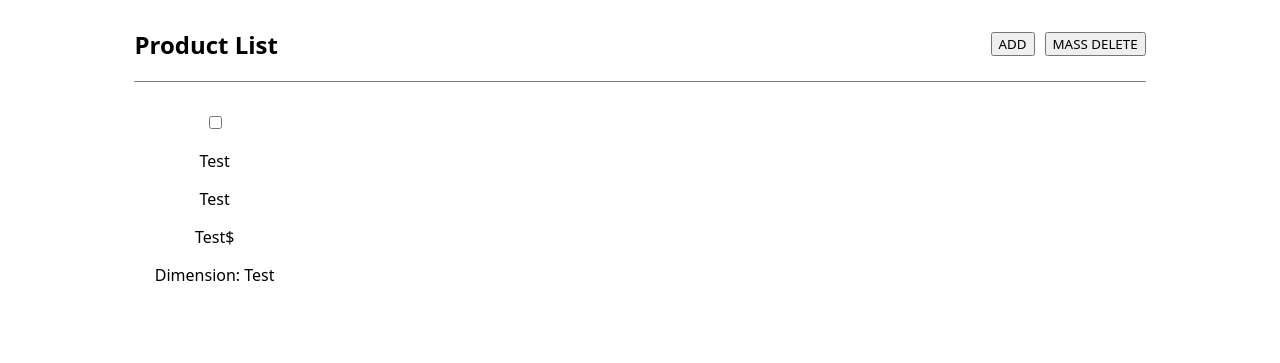
Repository: gabyto19/scandiweb
Page: http://localhost/
These files come from the project's save history. The page is drawn as it stood at one moment and after the next save; the edit follows.
The browser window is 1280 px wide. The pictures show the whole page.
The page is run by PHP 8.4 with error messages shown; the project is at /var/www/html/.

Above is the page before, as saved 2023-03-07 18:28:23.

### index.php
<!DOCTYPE html>
<html lang="en">

<head>
  <meta charset="UTF-8" />
  <meta name="viewport" content="width=device-width, initial-scale=1.0" />
  <title>Vue Basics</title>
  <link href="https://fonts.googleapis.com/css2?family=Jost:wght@400;700&display=swap" rel="stylesheet" />
  <link rel="stylesheet" href="styles.css" />
  <script src="https://unpkg.com/vue@next" defer></script>
  <script src="https://unpkg.com/vue@3/dist/vue.global.js"></script>
</head>

<body>
  <section id="app">
    <nav>
      <h2>Product List</h2>
      <div class="rightButtons">
        <button><a style="text-decoration: none; color: black" href="addPage.php">ADD</a>
        </button>
        <button class="delete-checkbox" id="delete-product-btn">MASS DELETE</button>
      </div>
    </nav>


    <div class="grid-container">
      <div>
        <input type="checkbox" id="delete-checkbox" class="delete-checkbox" />
        <p>Test</p>
        <p>Test</p>
        <p>Test$</p>
        <p>Dimension: Test</p>
      </div>
    </div>
  </section>

  <script src="https://unpkg.com/vue@3/dist/vue.global.js"></script>
  <script src="index.js"></script>

</body>

</html>
<style scoped>
  .rightButtons button:first-child {
    margin-right: 10px;
  }

  .grid-container {
    display: grid;
    grid-template-columns: auto auto auto auto;
    gap: 10px;
    padding: 10px;
  }

  .grid-container>div {
    text-align: center;
    padding: 20px 0;
  }
</style>

### styles.css
nav {
    width: 80%;
    display: flex;
    justify-content: space-between;
    align-items: center;
    margin: auto;
    border-bottom: solid 1px gray;
  }

  * {
    font-family: system-ui;
  }

### index.js
Vue.createApp({
  data() {
    return {
      sku:"",
      name:"",
      price:"",
      dimension:"",
    };
  },
}).mount("#app");

After the next save:
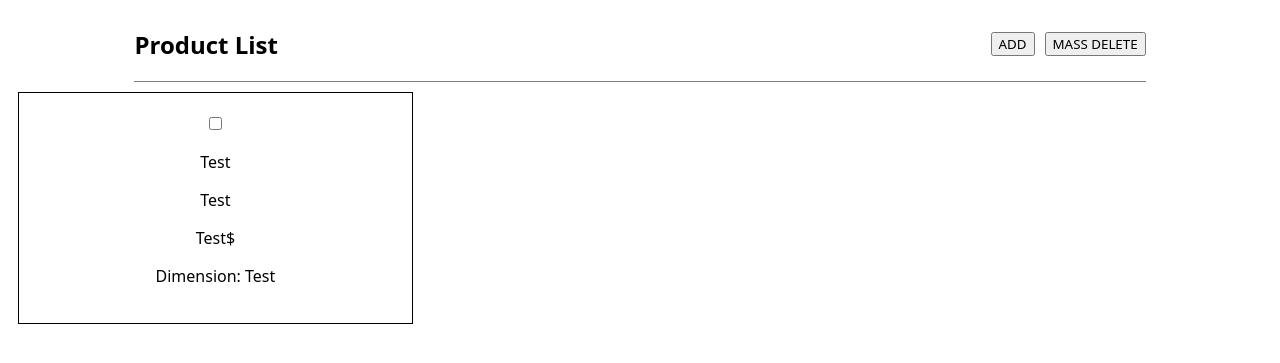
Saved 16 s later.
--- a/index.php
+++ b/index.php
@@ -55,5 +55,6 @@
   .grid-container>div {
     text-align: center;
     padding: 20px 0;
+    border: solid 1px;
   }
 </style>
